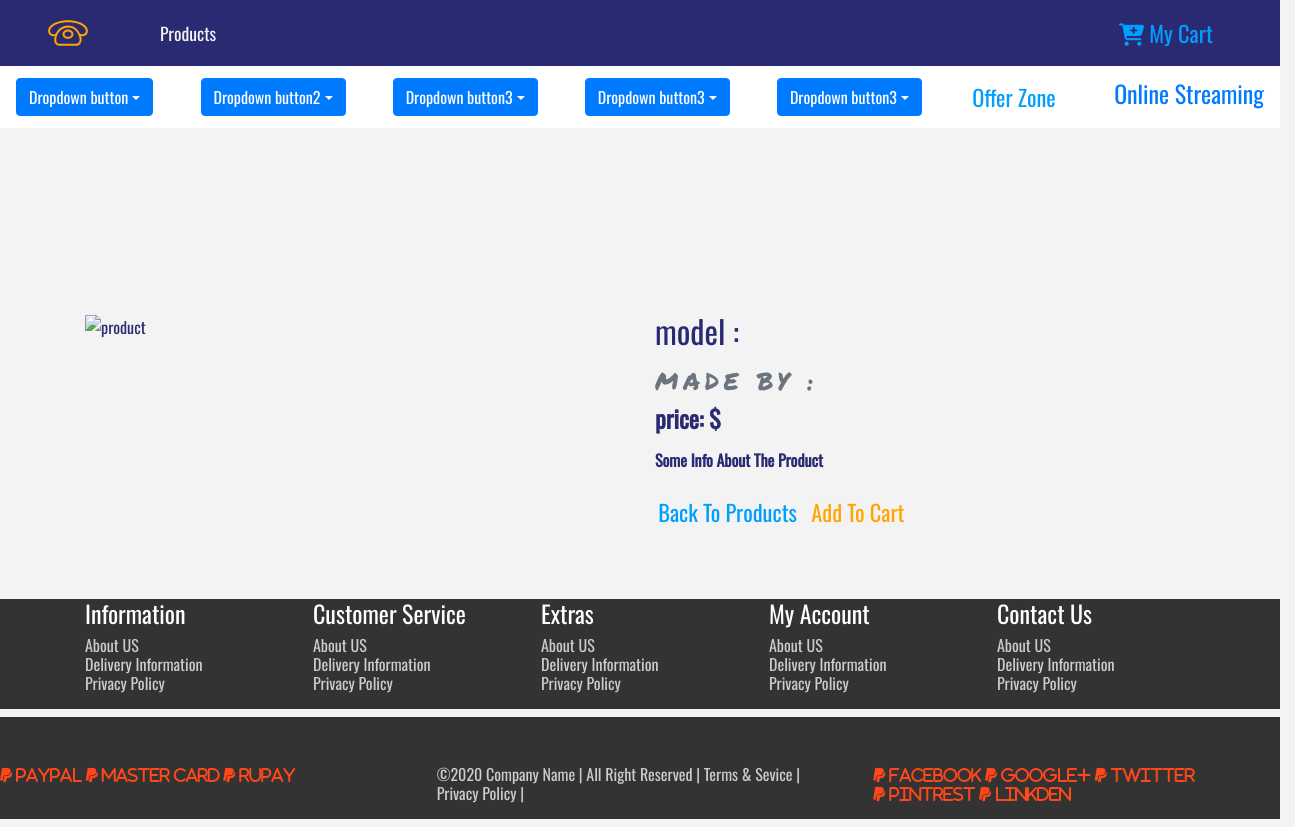
Repository: aditya1068/Online-Store
Page: /details
The author's editor kept a copy of each file at every save. The page is drawn from the files as they stood at one save, then again after the next save.
The browser window is 1280 px wide. The page is 1295 px wide, so the pictures cover 1295 px, including what lies to the right of the window. The pictures show the whole page.
Some web libraries are served in a nearby version. The project was rebuilt for these pictures with package versions that can differ from the ones it lists, and the page was loaded fresh each time. Also part of the build but not shown: src/components/Videos.js, src/components/Products.js, src/components/Title.js, src/components/ProductsList.js, src/components/Cart.js, src/components/Default.js, src/components/Slider.js.

Above is the page before, as saved 2020-04-14 20:31:22.

After the next save:
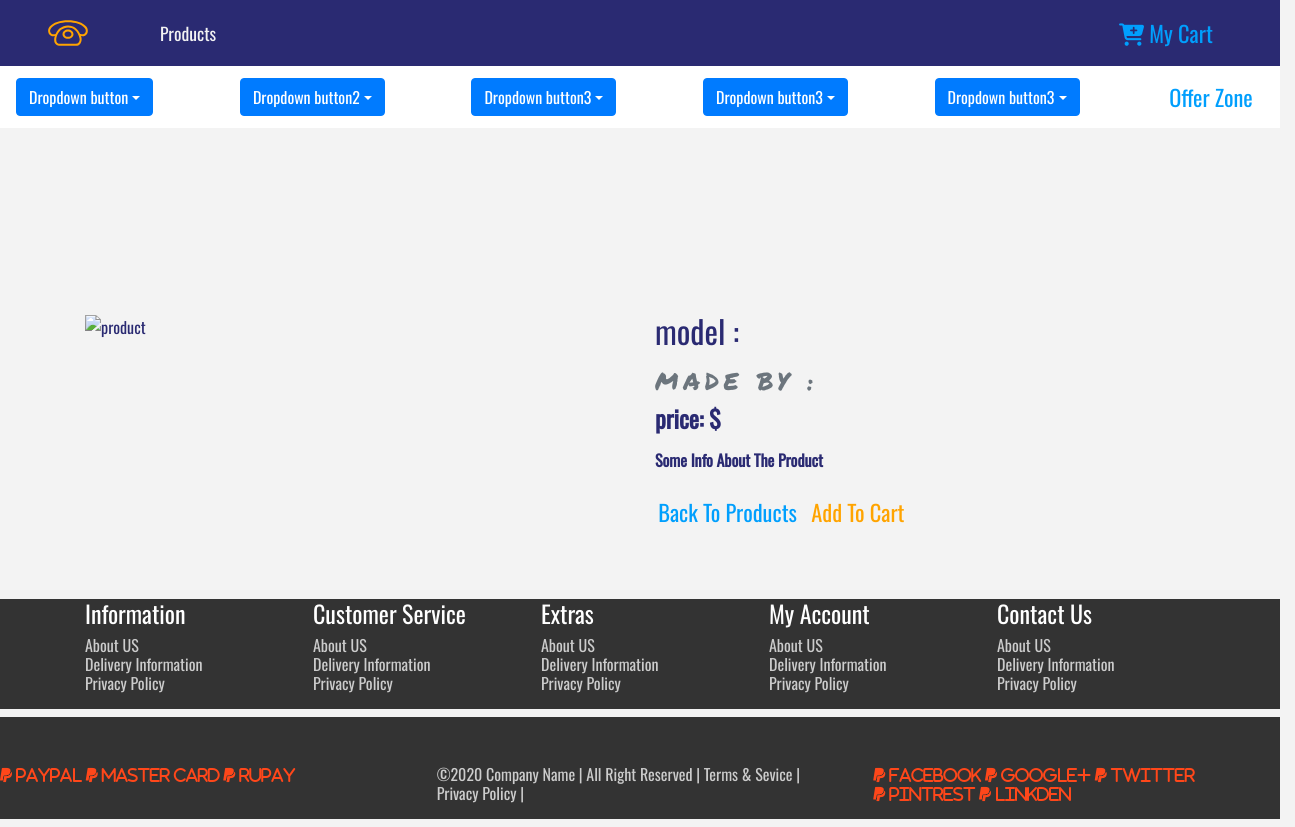
Saved 24 s later.
--- a/src/components/Navbar1.js
+++ b/src/components/Navbar1.js
@@ -49,7 +49,7 @@ export default class Navbar1 extends Component {
 
 
    <ButtonContainer to= "/" className= "nav-link"> Offer Zone </ButtonContainer>
-   <Link to ="/videos"><h4>Online Streaming</h4></Link>
+
 
 
 
